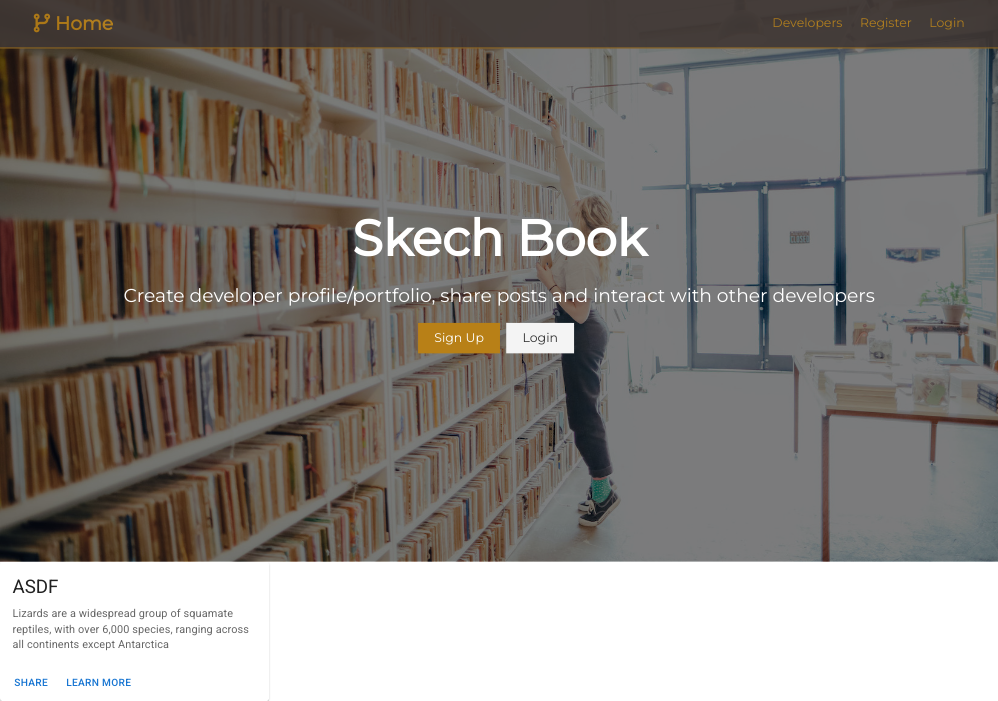
Repository: devnight0913/skechbook
Page: / (app in client/)
An editor plug-in stored every save of this project. The page is shown before and after the next save, followed by the edit.
The browser window is 1280 px wide. The pictures show the whole page, at 78% of full size.
Pictures or frames that could not be fetched are drawn as grey boxes. Some web libraries are served in a nearby version. The project was rebuilt for these pictures with package versions that can differ from the ones it lists, and the page was loaded fresh each time. Also part of the build but not shown: client/src/components/auth/Login.js, client/src/components/auth/Register.js, client/src/components/dashboard/DashboardActions.js, client/src/actions/profile.js, client/src/utils/formatDate.js, client/src/components/dashboard/Experience.js, client/src/components/dashboard/Education.js, client/src/components/dashboard/Dashboard.js and 21 more.

Above is the page before, as saved 2023-07-23 12:22:39.

### client/public/index.html
<!DOCTYPE html>
<html lang="en">
  <head>
    <meta charset="utf-8" />
    <link rel="icon" href="%PUBLIC_URL%/favicon.ico" />
    <meta name="viewport" content="width=device-width, initial-scale=1" />
    <meta name="theme-color" content="#000000" />
    <meta
      name="description"
      content="Web site created using create-react-app"
    />
    <link rel="apple-touch-icon" href="%PUBLIC_URL%/logo192.png" />

    <!-- Font Awesome Kit -->
    <script
      src="https://kit.fontawesome.com/9cd49f9282.js"
      crossorigin="anonymous"
    ></script>

    <link rel="manifest" href="%PUBLIC_URL%/manifest.json" />
    <title>Welcome to DevBook</title>
  </head>
  <body>
    <noscript>You need to enable JavaScript to run this app.</noscript>
    <div id="root"></div>
  </body>
</html>

### client/src/index.js
import { render } from 'react-dom';

import '@fontsource/roboto/300.css';
import '@fontsource/roboto/400.css';
import '@fontsource/roboto/500.css';
import '@fontsource/roboto/700.css';

import App from './App';

render(<App />, document.getElementById('root'));

### client/src/components/layout/Navbar.js
import { Link } from 'react-router-dom';
import { connect } from 'react-redux';
import PropTypes from 'prop-types';

import { logout } from '../../actions/auth';

const Navbar = ({ auth: { isAuthenticated, loading }, logout }) => {
  const authLinks = (
    <ul>
      <li>
        <Link to='/profiles'>Developers</Link>
      </li>

      <li>
        <Link to='/posts'>Posts</Link>
      </li>

      <li>
        <Link to='/dashboard'>
          <i className='fas fa-user'></i>{' '}
          <span className='hide-sm'>Dashboard</span>
        </Link>
      </li>

      <li>
        <a onClick={logout} href='#!'>
          <i className='fas fa-sign-out-alt'></i>{' '}
          <span className='hide-sm'>Logout</span>
        </a>
      </li>
    </ul>
  );

  const guestLinks = (
    <ul>
      <li>
        <Link to='/profiles'>Developers</Link>
      </li>

      <li>
        <Link to='/register'>Register</Link>
      </li>

      <li>
        <Link to='/login'>Login</Link>
      </li>
    </ul>
  );

  return (
    <nav className='navbar bg-dark'>
      <h1>
        <Link to='/'>
          <i className='fas fa-code-branch' /> Home
        </Link>
      </h1>

      {!loading && <>{isAuthenticated ? authLinks : guestLinks}</>}
    </nav>
  );
};

Navbar.propTypes = {
  logout: PropTypes.func.isRequired,
  auth: PropTypes.object.isRequired,
};

const mapStateToProps = (state) => ({ auth: state.auth });

export default connect(mapStateToProps, { logout })(Navbar);

### client/src/components/layout/Landing.js
import { Link, Navigate } from 'react-router-dom';
import { connect } from 'react-redux';
import PropTypes from 'prop-types';

const Landing = ({ isAuthenticated }) => {
  if (isAuthenticated) {
    return <Navigate to='/dashboard' />;
  }

  return (
    <section className='landing'>
      <div className='dark-overlay'>
        <div className='landing-inner'>
          <h1 className='x-large'>Skech Book</h1>

          <p className='lead'>
            Create developer profile/portfolio, share posts and interact with
            other developers
          </p>

          <div className='buttons'>
            <Link to='/register' className='btn btn-primary'>
              Sign Up
            </Link>

            <Link to='/login' className='btn'>
              Login
            </Link>
          </div>
        </div>
      </div>
    </section>
  );
};

Landing.propTypes = {
  isAuthenticated: PropTypes.bool,
};

const mapStateToProps = (state) => ({
  isAuthenticated: state.auth.isAuthenticated,
});

export default connect(mapStateToProps)(Landing);

### client/src/components/layout/Alert.js
import PropTypes from 'prop-types';
import { connect } from 'react-redux';

const Alert = ({ alerts }) => (
  <div className='alert-wrapper'>
    {alerts.map((alert) => (
      <div key={alert.id} className={`alert alert-${alert.alertType}`}>
        {alert.msg}
      </div>
    ))}
  </div>
);

Alert.propTypes = {
  alerts: PropTypes.array.isRequired,
};

const mapStateToProps = (state) => ({ alerts: state.alert });

export default connect(mapStateToProps)(Alert);

### client/src/store.js
import { createStore, applyMiddleware } from 'redux';
import { composeWithDevTools } from 'redux-devtools-extension';
import thunk from 'redux-thunk';

import rootReducer from './reducers';
import setAuthToken from './utils/setAuthToken';

const initialState = {};
const middleware = [thunk];

// TODO: default export store
export const store = createStore(
  rootReducer,
  initialState,
  composeWithDevTools(applyMiddleware(...middleware))
);

/*
  NOTE: set up a store subscription listener
  to store the users token in localStorage
 */

/*
  initialize current state from redux store for subscription comparison
  preventing undefined error
 */
let currentState = store.getState();

store.subscribe(() => {
  // keep track of the previous and current state to compare changes
  let previousState = currentState;
  currentState = store.getState();
  // if the token changes set the value in localStorage and axios headers
  if (previousState.auth.token !== currentState.auth.token) {
    const token = currentState.auth.token;
    setAuthToken(token);
  }
});

### client/src/actions/auth.js
import api from '../utils/api';
import { setAlert } from './alert';
import {
  REGISTER_SUCCESS,
  REGISTER_FAIL,
  USER_LOADED,
  AUTH_ERROR,
  LOGIN_SUCCESS,
  LOGIN_FAIL,
  LOGOUT,
} from './types';

// Load User
export const loadUser = () => async (dispatch) => {
  try {
    const res = await api.get('/auth');

    dispatch({
      type: USER_LOADED,
      payload: res.data,
    });
  } catch (err) {
    dispatch({ type: AUTH_ERROR });
  }
};

// Register User
export const register =
  ({ name, email, githubusername, password }) =>
  async (dispatch) => {
    const body = { name, email, githubusername, password };

    try {
      const res = await api.post('/users', body);

      dispatch({
        type: REGISTER_SUCCESS,
        payload: res.data,
      });

      dispatch(loadUser());
    } catch (err) {
      const errors = err.response.data.errors;
      if (errors) {
        errors.forEach((error) => dispatch(setAlert(error.msg, 'danger')));
      }

      dispatch({ type: REGISTER_FAIL });
    }
  };

// Login User
export const login = (email, password) => async (dispatch) => {
  const body = { email, password };

  try {
    const res = await api.post('/auth', body);

    dispatch({
      type: LOGIN_SUCCESS,
      payload: res.data,
    });

    dispatch(loadUser());
  } catch (err) {
    const errors = err.response.data.errors;
    if (errors) {
      errors.forEach((error) => dispatch(setAlert(error.msg, 'danger')));
    }

    dispatch({ type: LOGIN_FAIL });
  }
};

// Logout/Clear Profile
export const logout = () => (dispatch) => {
  dispatch({ type: LOGOUT });
};

### client/src/actions/types.js
export const SET_ALERT = 'SET_ALERT';
export const REMOVE_ALERT = 'REMOVE_ALERT';

export const REGISTER_SUCCESS = 'REGISTER_SUCCESS';
export const REGISTER_FAIL = 'REGISTER_FAIL'; // remove

export const USER_LOADED = 'USER_LOADED';
export const AUTH_ERROR = 'AUTH_ERROR';

export const LOGIN_SUCCESS = 'LOGIN_SUCCESS';
export const LOGIN_FAIL = 'LOGIN_FAIL'; // remove
export const LOGOUT = 'LOGOUT';

export const GET_PROFILE = 'GET_PROFILE';
export const GET_PROFILES = 'GET_PROFILES';
export const GET_REPOS = 'GET_REPOS';
export const NO_REPOS = 'NO_REPOS';
export const UPDATE_PROFILE = 'UPDATE_PROFILE';
export const CLEAR_PROFILE = 'CLEAR_PROFILE';
export const PROFILE_ERROR = 'PROFILE_ERROR';

export const ACCOUNT_DELETED = 'ACCOUNT_DELETED';

export const GET_POSTS = 'GET_POSTS';
export const GET_POST = 'GET_POST';
export const POST_ERROR = 'POST_ERROR';
export const UPDATE_LIKES = 'UPDATE_LIKES';
export const DELETE_POST = 'DELETE_POST';
export const ADD_POST = 'ADD_POST';

export const ADD_COMMENT = 'ADD_COMMENT';
export const REMOVE_COMMENT = 'REMOVE_COMMENT';

### client/src/App.css
@import url('https://fonts.googleapis.com/css?family=Montserrat|Raleway&display=swap');
.m-1 {
  margin: 1rem;
}

.my-1 {
  margin: 1rem 0;
}

.p-1 {
  padding: 1rem;
}

.py-1 {
  padding: 1rem 0;
}

.m-2 {
  margin: 2rem;
}

.my-2 {
  margin: 2rem 0;
}

.p-2 {
  padding: 2rem;
}

.py-2 {
  padding: 2rem 0;
}

.m-3 {
  margin: 3rem;
}

.my-3 {
  margin: 3rem 0;
}

.p-3 {
  padding: 3rem;
}

.py-3 {
  padding: 3rem 0;
}

.m-4 {
  margin: 4rem;
}

.my-4 {
  margin: 4rem 0;
}

.p-4 {
  padding: 4rem;
}

.py-4 {
  padding: 4rem 0;
}

.m-5 {
  margin: 5rem;
}

.my-5 {
  margin: 5rem 0;
}

.p-5 {
  padding: 5rem;
}

.py-5 {
  padding: 5rem 0;
}

.container {
  max-width: 1100px;
  margin: auto;
  overflow: hidden;
  padding: 0 2rem;
  margin-top: 6rem;
  margin-bottom: 3rem;
}

.x-large {
  font-size: 4rem;
  line-height: 1.2;
  margin-bottom: 1rem;
}

.large {
  font-size: 3rem;
  line-height: 1.2;
  margin-bottom: 1rem;
}

.lead {
  font-size: 1.5rem;
  margin-bottom: 1rem;
}

.text-primary {
  color: #b88017;
}

.round-img {
  border-radius: 50%;
}

.line {
  height: 1px;
  background: #ccc;
  margin: 1.5rem 0;
}

.bg-primary {
  background-color: #b88017;
  color: #fff;
}

.bg-light {
  background-color: #f4f4f4;
  color: #333;
  border: #ccc 1px solid;
}

.bg-dark {
  background-color: #403734;
  color: #fff;
}

.bg-success {
  background-color: #28a745;
  color: #fff;
}

.bg-danger {
  background-color: #dc3545;
  color: #fff;
}

.bg-white {
  background-color: #fff;
  color: #333;
  border: #ccc 1px solid;
}

.btn {
  display: inline-block;
  background: #f4f4f4;
  color: #333;
  padding: 0.4rem 1.3rem;
  border: none;
  cursor: pointer;
  font-size: 1rem;
  margin-right: 0.5rem;
  outline: none;
  -webkit-transition: all 0.2s ease-in;
  transition: all 0.2s ease-in;
}

.btn.btn-primary {
  background-color: #b88017;
  color: #fff;
}

.btn.btn-primary:hover {
  background: #cf901a;
}

.btn.btn-dark {
  background-color: #403734;
  color: #fff;
}

.btn.btn-dark:hover {
  background: #4e433f;
}

.btn.btn-success {
  background-color: #28a745;
  color: #fff;
}

.btn.btn-success:hover {
  background: #2dbc4e;
}

.btn.btn-danger {
  background-color: #dc3545;
  color: #fff;
}

.btn.btn-danger:hover {
  background: #e04b59;
}

.btn:hover {
  background: #786762;
  color: #fff;
}

.alert {
  padding: 0.8rem;
  margin: 1rem;
  opacity: 0.9;
  background: #f4f4f4;
  color: #333;
}

.alert.alert-primary {
  background-color: #b88017;
  color: #fff;
}

.alert.alert-dark {
  background-color: #403734;
  color: #fff;
}

.alert.alert-success {
  background-color: #28a745;
  color: #fff;
}

.alert.alert-danger {
  background-color: #dc3545;
  color: #fff;
}

.badge {
  font-size: 0.8rem;
  padding: 0.1rem;
  text-align: center;
  margin: 0.3rem;
  background: #f4f4f4;
  color: #333;
}

.badge.badge-primary {
  background-color: #b88017;
  color: #fff;
}

.badge.badge-dark {
  background-color: #403734;
  color: #fff;
}

.badge.badge-success {
  background-color: #28a745;
  color: #fff;
}

.badge.badge-danger {
  background-color: #dc3545;
  color: #fff;
}

.dark-overlay {
  height: 100%;
  width: 100%;
  position: absolute;
  top: 0;
  left: 0;
  background-color: rgba(0, 0, 0, 0.5);
}

.table th,
.table td {
  padding: 1rem;
  text-align: left;
}

.table th {
  background: #f4f4f4;
}

.form-group {
  margin: 1.2rem 0;
}

.form-text {
  display: block;
  margin-top: 0.3rem;
  color: #888;
}

.form input[type='text'],
.form input[type='email'],
.form input[type='password'],
.form input[type='date'],
.form select,
.form textarea {
  display: block;
  width: 100%;
  padding: 0.4rem;
  font-size: 1.2rem;
  border: 1px solid #ccc;
}

.form input[type='submit'] {
  font: inherit;
}

.form .social-input {
  display: -webkit-box;
  display: -ms-flexbox;
  display: flex;
}

.form .social-input i {
  padding: 0.5rem;
  width: 4rem;
}

.form .social-input i.fa-twitter {
  color: #55acee;
}

.form .social-input i.fa-facebook {
  color: #3b5999;
}

.form .social-input i.fa-youtube {
  color: #cd201f;
}

.form .social-input i.fa-reddit {
  color: #ff5700;
}

.form .social-input i.fa-linkedin {
  color: #0077b5;
}

.form .social-input i.fa-instagram {
  color: #e4405f;
}

* {
  -webkit-box-sizing: border-box;
  box-sizing: border-box;
  margin: 0;
  padding: 0;
}

body {
  font-family: 'Montserrat', 'Raleway', sans-serif;
  font-size: 1rem;
  line-height: 1.6;
  background-color: #fff;
  color: #333;
}

a {
  text-decoration: none;
  color: #b88017;
}

ul {
  list-style-type: none;
}

img {
  width: 100%;
}

.navbar {
  display: -webkit-box;
  display: -ms-flexbox;
  display: flex;
  -webkit-box-align: center;
  -ms-flex-align: center;
  align-items: center;
  -webkit-box-pack: justify;
  -ms-flex-pack: justify;
  justify-content: space-between;
  padding: 0.7rem 2rem;
  position: fixed;
  z-index: 1;
  width: 100%;
  top: 0;
  border-bottom: solid 1px #b88017;
  opacity: 0.9;
}

.navbar ul {
  display: -webkit-box;
  display: -ms-flexbox;
  display: flex;
}

.navbar a {
  color: #b88017;
  padding: 0.45rem;
  margin: 0 0.25rem;
}

.navbar a:hover {
  color: #fff;
}

.landing {
  position: relative;
  background: url('./img/showcase.jpg') no-repeat center center/cover;
  height: 100vh;
}

.landing-inner {
  color: #fff;
  height: 100%;
  display: -webkit-box;
  display: -ms-flexbox;
  display: flex;
  -webkit-box-orient: vertical;
  -webkit-box-direction: normal;
  -ms-flex-direction: column;
  flex-direction: column;
  width: 80%;
  margin: auto;
  -webkit-box-align: center;
  -ms-flex-align: center;
  align-items: center;
  -webkit-box-pack: center;
  -ms-flex-pack: center;
  justify-content: center;
  text-align: center;
}

.profile {
  display: -ms-grid;
  display: grid;
  -ms-grid-columns: 2fr 4fr 2fr;
  grid-template-columns: 2fr 4fr 2fr;
  grid-gap: 2rem;
  -webkit-box-align: center;
  -ms-flex-align: center;
  align-items: center;
  padding: 1rem;
  line-height: 1.8;
  margin-bottom: 1rem;
}

.profile-grid {
  display: -ms-grid;
  display: grid;
  grid-template-areas: 'top top' 'about about' 'exp edu' 'github github';
  grid-gap: 1rem;
}

.profile-grid .profile-top {
  -ms-grid-row: 1;
  -ms-grid-column: 1;
  -ms-grid-column-span: 2;
  grid-area: top;
  display: -webkit-box;
  display: -ms-flexbox;
  display: flex;
  -webkit-box-orient: vertical;
  -webkit-box-direction: normal;
  -ms-flex-direction: column;
  flex-direction: column;
  -webkit-box-align: center;
  -ms-flex-align: center;
  align-items: center;
  -webkit-box-pack: center;
  -ms-flex-pack: center;
  justify-content: center;
  text-align: center;
}

.profile-grid .profile-top img {
  width: 250px;
}

.profile-grid .profile-top .icons a {
  color: #fff;
  margin: 0 0.3rem;
}

.profile-grid .profile-top .icons a:hover {
  color: #403734;
}

.profile-grid .profile-about {
  -ms-grid-row: 2;
  -ms-grid-column: 1;
  -ms-grid-column-span: 2;
  grid-area: about;
  text-align: center;
}

.profile-grid .profile-about .skills {
  display: -webkit-box;
  display: -ms-flexbox;
  display: flex;
  -webkit-box-pack: center;
  -ms-flex-pack: center;
  justify-content: center;
  -webkit-box-align: center;
  -ms-flex-align: center;
  align-items: center;
  text-align: center;
}

.profile-grid .profile-exp {
  -ms-grid-row: 3;
  -ms-grid-column: 1;
  grid-area: exp;
}

.profile-grid .profile-edu {
  -ms-grid-row: 3;
  -ms-grid-column: 2;
  grid-area: edu;
}

.profile-grid .profile-exp > div,
.profile-grid .profile-edu > div {
  margin-bottom: 1rem;
  padding-bottom: 1rem;
  border-bottom: #ccc 1px dotted;
}

.profile-grid .profile-exp > div:last-child,
.profile-grid .profile-edu > div:last-child {
  border: none;
}

.profile-grid .profile-exp p,
.profile-grid .profile-edu p {
  margin: 0.5rem 0;
}

.profile-grid .profile-github {
  -ms-grid-row: 4;
  -ms-grid-column: 1;
  -ms-grid-column-span: 2;
  grid-area: github;
}

.profile-grid .profile-github .repo {
  display: -webkit-box;
  display: -ms-flexbox;
  display: flex;
}

.profile-grid .profile-github .repo > div:first-child {
  -webkit-box-flex: 7;
  -ms-flex: 7;
  flex: 7;
  -ms-flex-preferred-size: 70%;
  flex-basis: 70%;
}

.profile-grid .profile-github .repo > div:last-child {
  -webkit-box-flex: 3;
  -ms-flex: 3;
  flex: 3;
  -ms-flex-preferred-size: 20%;
  flex-basis: 20%;
}

.post-form-header {
  padding: 0.5rem;
}

.post {
  display: -ms-grid;
  display: grid;
  -ms-grid-columns: 1fr 4fr;
  grid-template-columns: 1fr 4fr;
  grid-gap: 2rem;
  -webkit-box-align: center;
  -ms-flex-align: center;
  align-items: center;
}

.post > div:first-child {
  text-align: center;
}

.post img {
  width: 150px;
}

.post .comment-count {
  background: var(--light-color);
  color: var(--primary-color);
  padding: 0.1rem 0.2rem;
  border-radius: 5px;
  font-size: 0.8rem;
}

.post .post-date {
  color: #aaa;
  font-size: 0.8rem;
  margin-bottom: 0.5rem;
}

@media (max-width: 700px) {
  .hide-sm {
    display: none;
  }
  .container {
    margin-top: 8rem;
  }
  .x-large {
    font-size: 3rem;
  }
  .large {
    font-size: 2rem;
  }
  .lead {
    font-size: 1rem;
  }
  .navbar {
    display: block;
    text-align: center;
  }
  .navbar ul {
    text-align: center;
    -webkit-box-pack: center;
    -ms-flex-pack: center;
    justify-content: center;
  }
  .navbar h1 {
    margin-bottom: 1rem;
  }
  .dash-buttons a {
    display: block;
    width: 100%;
    margin-bottom: 0.2rem;
  }
  .profile {
    -ms-grid-columns: 1fr;
    grid-template-columns: 1fr;
    text-align: center;
  }
  .profile ul {
    display: none;
  }
  .profile-grid {
    grid-template-areas: 'top' 'about' 'exp' 'edu' 'github';
  }
  .profile-about .skills {
    -webkit-box-orient: vertical;
    -webkit-box-direction: normal;
    -ms-flex-direction: column;
    flex-direction: column;
  }
  .post {
    -ms-grid-columns: 1fr;
    grid-template-columns: 1fr;
  }
  .post a,
  .post button {
    padding: 0.3rem 0.4rem;
  }
}

.alert-wrapper {
  position: fixed;
  top: 4rem;
  right: 2rem;
  display: inline-block;
}

### client/src/components/layout/Footer.js
import { Link } from "react-router-dom";
import MediaCard from "../books/MediaCard";

const Footer = () => {
  return (
    <div>
      <ul>
        <li>
          <Link to="/login">
            <MediaCard title="ASDF" imgURL="http://s3.amazonaws.com/data.arthousecoop.com/attachments/81745/standard/39053-70.jpg"/>
          </Link>
        </li>
      </ul>
    </div>
  );
};

export default Footer;

### client/src/actions/alert.js
import { v4 as uuidv4 } from 'uuid';

import { SET_ALERT, REMOVE_ALERT } from './types';

export const setAlert =
  (msg, alertType, timeout = 5000) =>
  (dispatch) => {
    const id = uuidv4();

    dispatch({
      type: SET_ALERT,
      payload: { msg, alertType, id },
    });

    setTimeout(
      () =>
        dispatch({
          type: REMOVE_ALERT,
          payload: id,
        }),
      timeout
    );
  };

### client/src/reducers/index.js
import { combineReducers } from 'redux';

import alertReducer from './alert';
import authReducer from './auth';
import profileReducer from './profile';
import postReducer from './post';

export default combineReducers({
  alert: alertReducer,
  auth: authReducer,
  profile: profileReducer,
  post: postReducer,
});

### client/src/components/books/MediaCard.js
import * as React from 'react';
import Card from '@mui/material/Card';
import CardActions from '@mui/material/CardActions';
import CardContent from '@mui/material/CardContent';
import CardMedia from '@mui/material/CardMedia';
import Button from '@mui/material/Button';
import Typography from '@mui/material/Typography';

export default function MediaCard({title, imgURL}) {
  return (
    <Card sx={{ maxWidth: 345 }}>
      <CardMedia
        sx={{ height: "auto" }}
        image={imgURL}
        title={title}
      />
      <CardContent>
        <Typography gutterBottom variant="h5" component="div">
          {title}
        </Typography>
        <Typography variant="body2" color="text.secondary">
          Lizards are a widespread group of squamate reptiles, with over 6,000
          species, ranging across all continents except Antarctica
        </Typography>
      </CardContent>
      <CardActions>
        <Button size="small">Share</Button>
        <Button size="small">Learn More</Button>
      </CardActions>
    </Card>
  );
}

### client/src/reducers/alert.js
import { SET_ALERT, REMOVE_ALERT } from '../actions/types';

const initialState = [];

const alertReducer = (state = initialState, action) => {
  const { type, payload } = action;

  switch (type) {
    case SET_ALERT:
      return [...state, payload];
    case REMOVE_ALERT:
      return state.filter((alert) => alert.id !== payload);
    default:
      return state;
  }
};

export default alertReducer;

### client/src/reducers/auth.js
import {
  REGISTER_SUCCESS,
  USER_LOADED,
  AUTH_ERROR,
  LOGIN_SUCCESS,
  LOGOUT,
  ACCOUNT_DELETED,
} from '../actions/types';

const initialState = {
  token: localStorage.getItem('token'),
  isAuthenticated: null,
  loading: true,
  user: null,
};

const authReducer = (state = initialState, action) => {
  const { type, payload } = action;

  switch (type) {
    case USER_LOADED:
      return {
        ...state,
        isAuthenticated: true,
        loading: false,
        user: payload,
      };
    case REGISTER_SUCCESS:
    case LOGIN_SUCCESS:
      return {
        ...state,
        ...payload,
        isAuthenticated: true,
        loading: false,
      };
    case AUTH_ERROR:
    case LOGOUT:
    case ACCOUNT_DELETED:
      return {
        ...state,
        token: null,
        isAuthenticated: false,
        loading: false,
        user: null,
      };
    default:
      return state;
  }
};

export default authReducer;

### client/src/reducers/profile.js
import {
  GET_PROFILE,
  PROFILE_ERROR,
  CLEAR_PROFILE,
  UPDATE_PROFILE,
  GET_PROFILES,
  GET_REPOS,
  NO_REPOS,
} from '../actions/types';

const initialState = {
  profile: null,
  profiles: [],
  repos: [],
  loading: true,
  error: {},
};

const profileReducer = (state = initialState, action) => {
  const { type, payload } = action;

  switch (type) {
    case GET_PROFILE:
    case UPDATE_PROFILE:
      return {
        ...state,
        profile: payload,
        loading: false,
      };
    case GET_PROFILES:
      return {
        ...state,
        profiles: payload,
        loading: false,
      };
    case PROFILE_ERROR:
      return {
        ...state,
        error: payload,
        loading: false,
        profile: null,
      };
    case CLEAR_PROFILE:
      return {
        ...state,
        profile: null,
        repos: [],
      };
    case GET_REPOS:
      return {
        ...state,
        repos: payload,
        loading: false,
      };
    case NO_REPOS:
      return {
        ...state,
        repos: [],
      };

    default:
      return state;
  }
};

export default profileReducer;

Loaded but not shown: client/src/utils/setAuthToken.js (common file); client/src/App.js (91 lines, source omitted); client/src/reducers/post.js (83 lines, source omitted); client/src/utils/api.js (no copy from this time; the picture is the same without it)

After the next save:
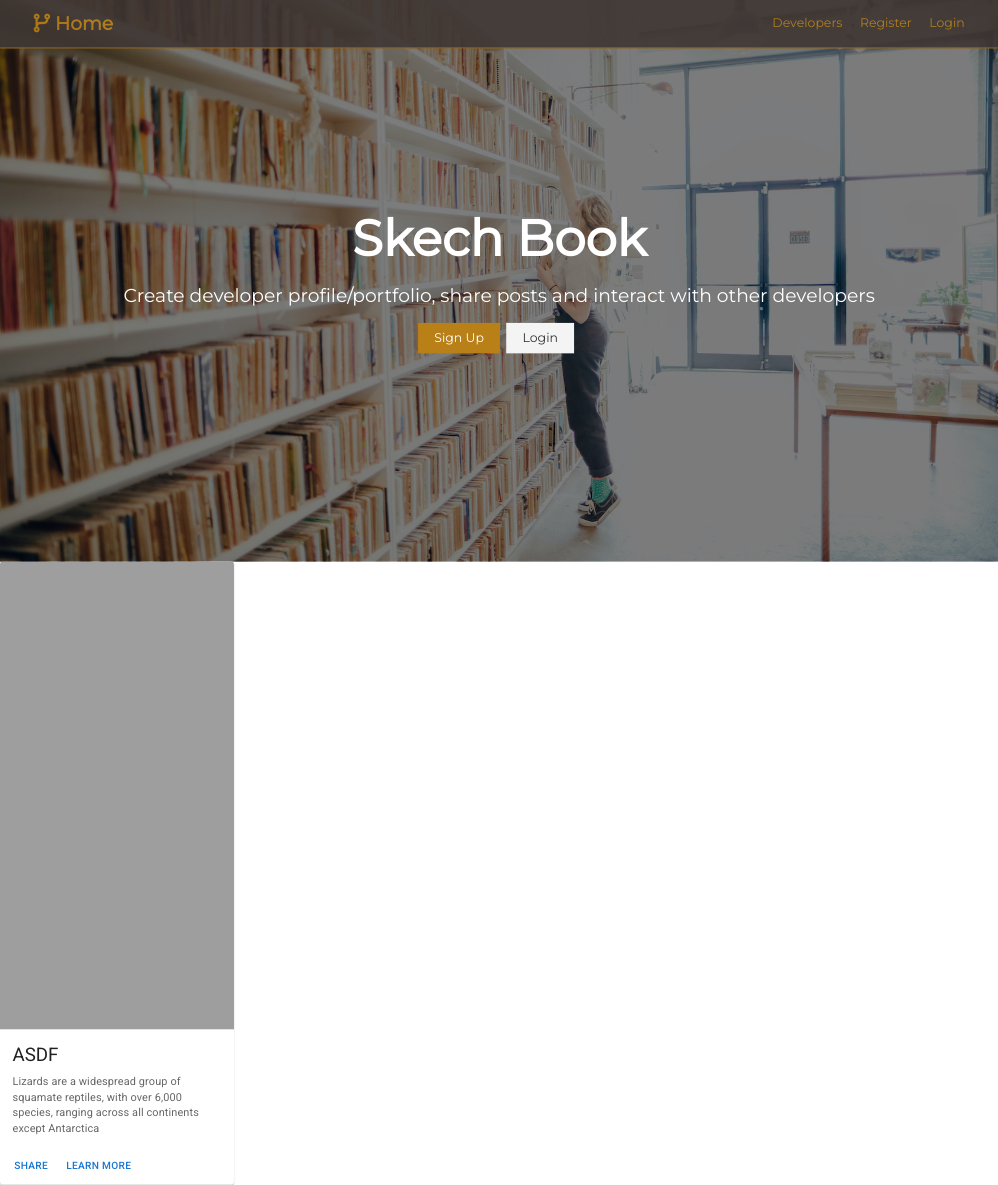
Saved 20 s later.
--- a/client/src/components/books/MediaCard.js
+++ b/client/src/components/books/MediaCard.js
@@ -8,9 +8,9 @@ import Typography from '@mui/material/Typography';
 
 export default function MediaCard({title, imgURL}) {
   return (
-    <Card sx={{ maxWidth: 345 }}>
+    <Card sx={{ maxWidth: 300 }}>
       <CardMedia
-        sx={{ height: "auto" }}
+        sx={{ height: 600 }}
         image={imgURL}
         title={title}
       />
